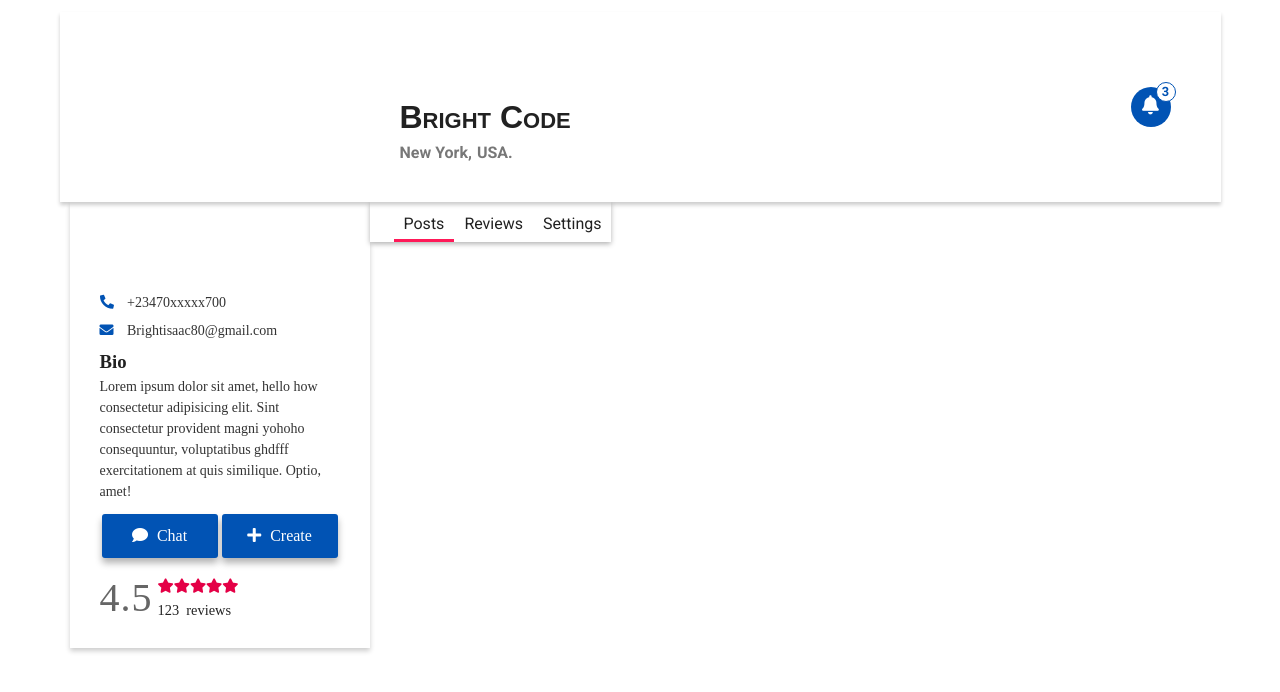
Repository: akinsikuoluwafemi/Pats_userAuth
Page: /userinfo
An editor plug-in stored every save of this project. The page is shown before and after the next save, followed by the edit.
The browser window is 1280 px wide. The pictures show the whole page.
The project was rebuilt for these pictures with package versions that can differ from the ones it lists, and the page was loaded fresh each time. Also part of the build but not shown: vue.config.js, src/views/Home.vue, src/components/Login.vue, src/components/Signup.vue.

Above is the page before, as saved 2020-11-05 01:36:36.

After the next save:
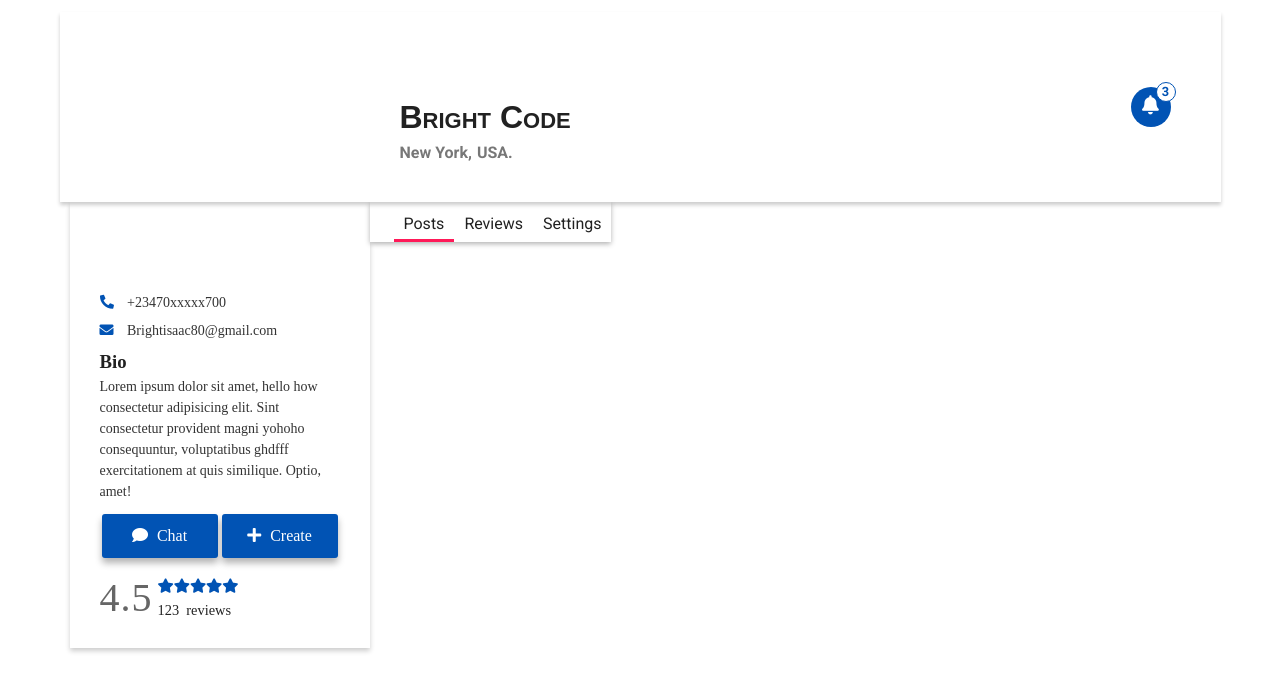
Saved 18 s later.
--- a/src/components/UserInfo.vue
+++ b/src/components/UserInfo.vue
@@ -131,7 +131,8 @@ rgba(288, 0, 70, 0.9); } button.chatbtn i, button.createbtn i { margin-right:
 5px; } .user-rating { display: flex; } .user-rating h3 { font-size: 2.5rem;
 font-weight: 200; margin-right: 5px; letter-spacing: 1px; color: #666; }
 .user-rating .no-of-user-rate { font-size: 0.9rem; } .rate { padding-top: 6px; }
-.rate i { font-size: 0.9rem; color: rgba(228, 0, 70, 1); } .nav { width: 100%;
+.rate i { font-size: 0.9rem; color: #0153B4
+; } .nav { width: 100%;
 z-index: -1; } .nav ul { display: flex; justify-content: space-around;
 list-style-type: none; height: 40px; background: #fff; box-shadow: 0px 2px 5px
 rgba(0, 0, 0, 0.3); } .nav ul li { padding: 10px; width: 100%; cursor: pointer;
